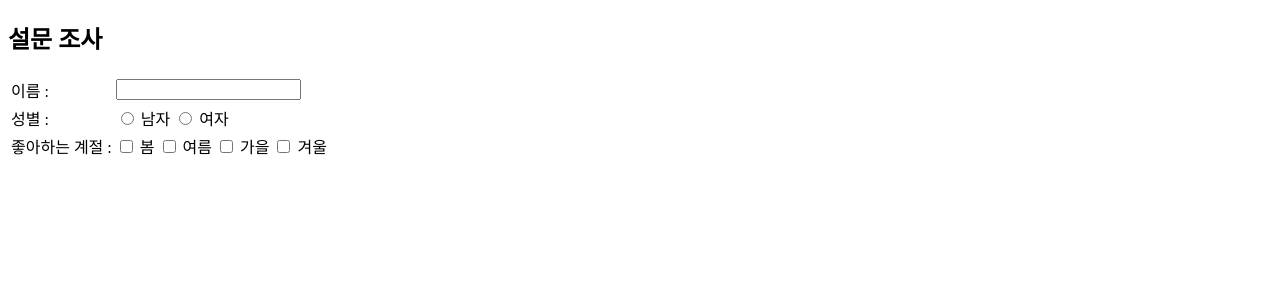
Repository: jsunnypi/JSP
Page: http://localhost/Test/researchForm.jsp
An editor plug-in stored every save of this project. The page is shown before and after the next save, followed by the edit.
The browser window is 1280 px wide. The pictures show the whole page.
The page is served by Tomcat 9.

Above is the page before, as saved 2024-11-14 01:36:29.

### Test/src/main/webapp/researchForm.jsp
<%@ page language="java" contentType="text/html; charset=UTF-8"
    pageEncoding="UTF-8"%>
<!DOCTYPE html>
<html>
<head>
<meta charset="UTF-8">
<title>Insert title here</title>
</head>
<body>
	<h2> 설문 조사 </h2>
	<form method="post" action="research.jsp">
		<table>
			<tr>
				<td>이름 :</td>
				<td>
					<input type="text" name="name" size="20">
				</td>
			</tr>

			<tr>
				<td>성별 :</td>
				<td>
					<input type="radio" name="gender" value="male"> 남자
					<input type="radio" name="gender" value="female"> 여자
				</td>
			</tr>

			<tr>
				<td> 좋아하는 계절 : </td>
				<td>
					<input type="checkbox" name="season" value="1"> 봄
					<input type="checkbox" name="season" value="2"> 여름
					<input type="checkbox" name="season" value="3"> 가을
					<input type="checkbox" name="season" value="4"> 겨울
				</td>
			</tr>
		</table>
	</form>
</body>
</html>

After the next save:
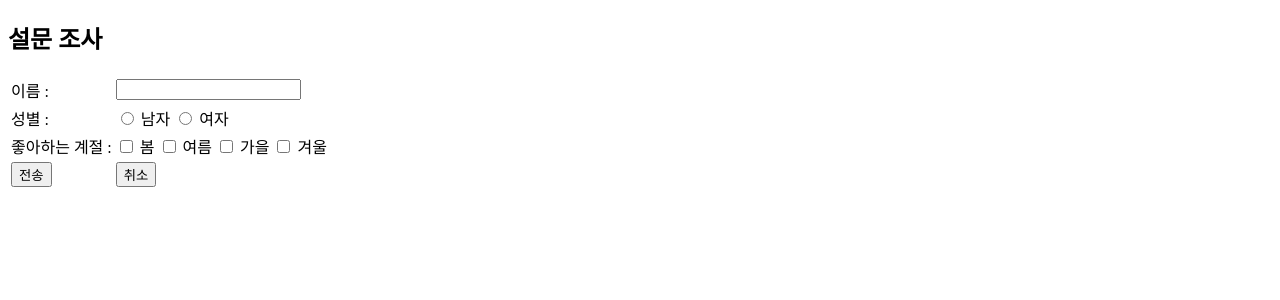
Saved 112 s later.
--- a/Test/src/main/webapp/researchForm.jsp
+++ b/Test/src/main/webapp/researchForm.jsp
@@ -34,6 +34,16 @@
 					<input type="checkbox" name="season" value="4"> 겨울
 				</td>
 			</tr>
+
+			<tr>
+				<td>
+					<input type="submit" value="전송">
+				</td>
+				<td>
+					<input type="reset" value="취소">
+				</td>
+
+			</tr>
 		</table>
 	</form>
 </body>
